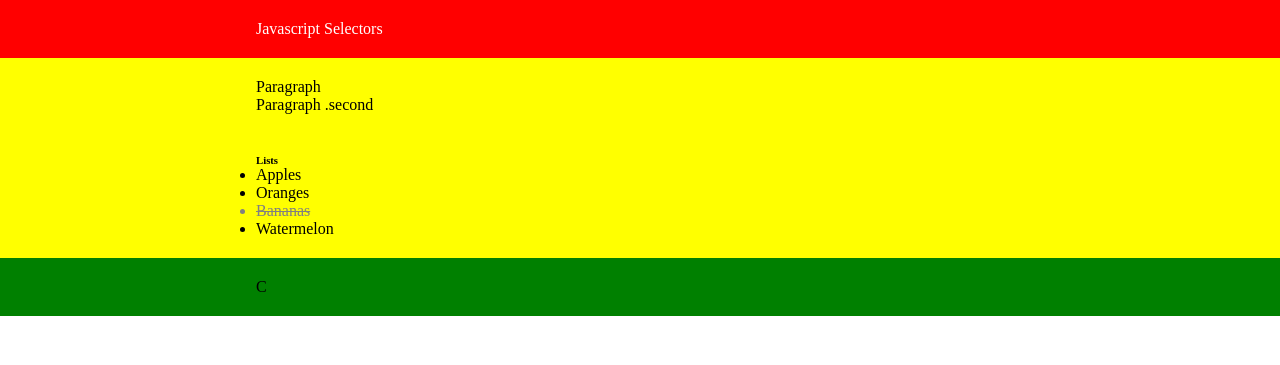
Repository: zdsherlock/Test-for-js
Page: index.html
The author's editor kept a copy of each file at every save. The page is drawn from the files as they stood at one save, then again after the next save.
The browser window is 1280 px wide. The pictures show the whole page.

Above is the page before, as saved 2021-03-28 15:38:39.

After the next save:
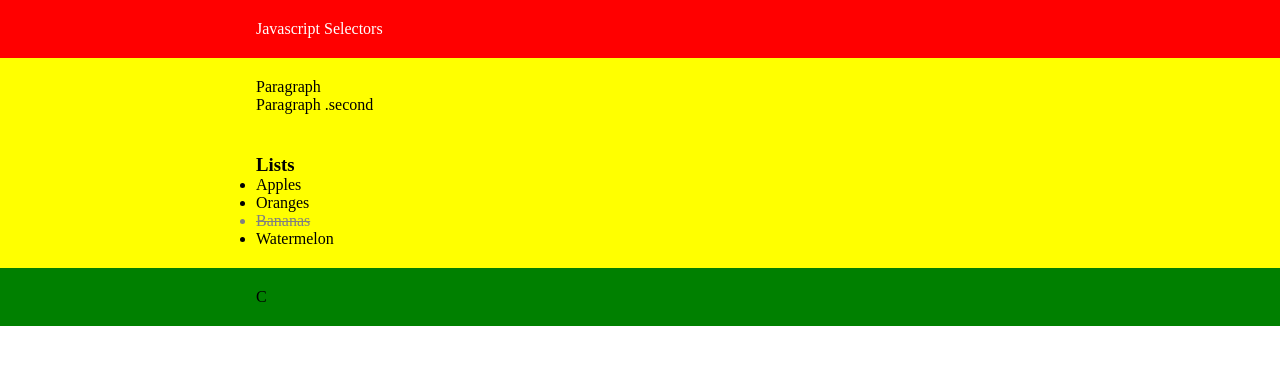
Saved 11 s later.
--- a/index.html
+++ b/index.html
@@ -13,7 +13,7 @@
             <p>Paragraph .second</p>
         </section>
         <section class="list">
-            <h6>Lists</h6>
+            <h3>Lists</h6>
             <ul>
                 <li>Apples</li>
                 <li>Oranges</li>
